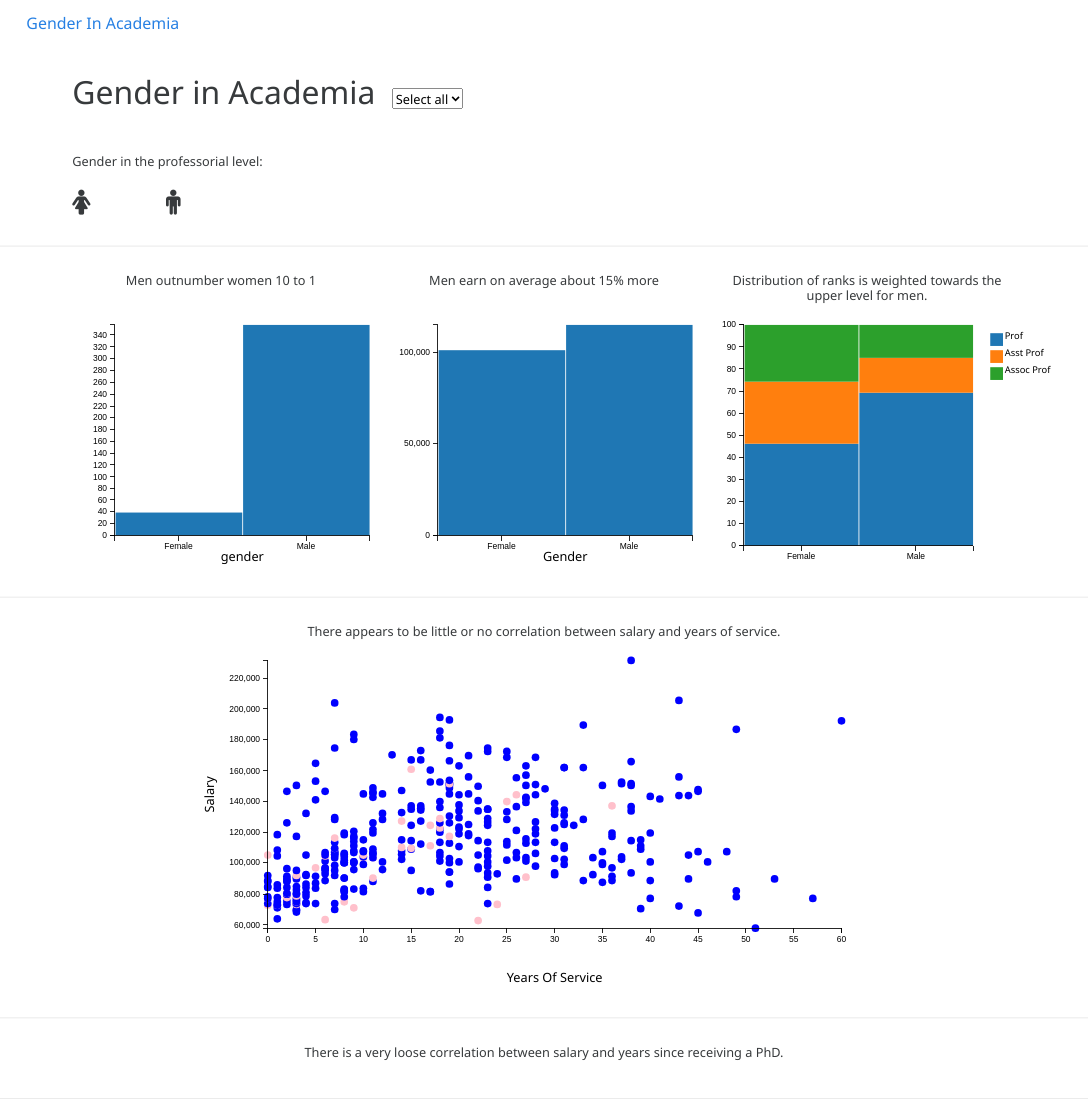
Repository: NeiloErnesto89/Crossfilter_JS_GenderInAcademiaGraphs
Page: index.html
The author's editor kept a record of every edit. The page is drawn from the files as they stood at one moment, then again after the next edit.
The browser window is 1280 px wide. The pictures show the whole page, at 85% of full size.

Above is the page before.

After the next edit:
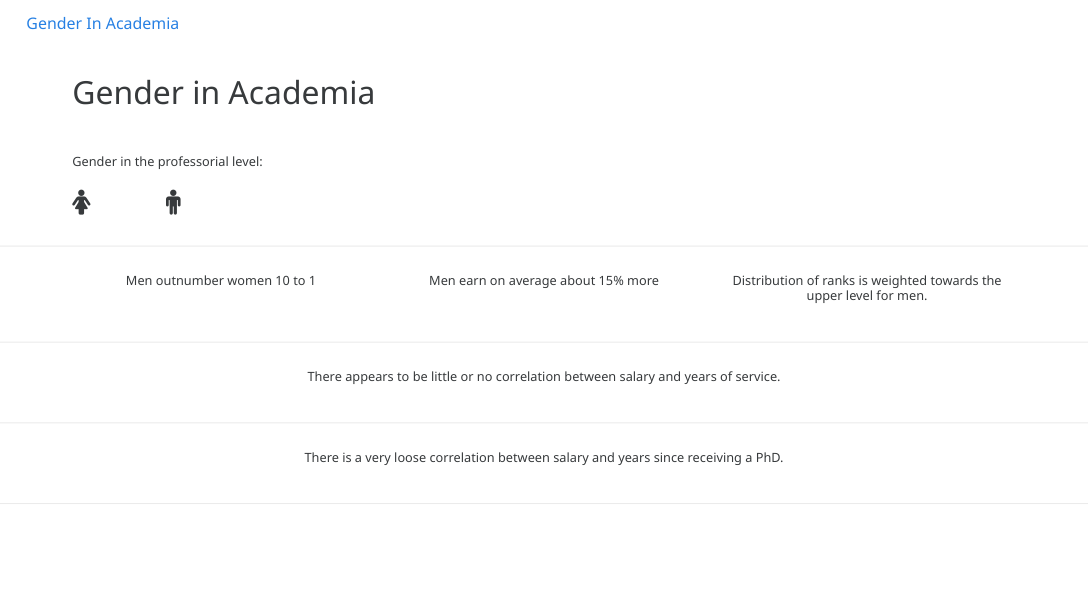
Console error: ReferenceError: show_phd_to_salary_correlation is not defined
The edit:
--- a/static/js/graph.js
+++ b/static/js/graph.js
@@ -20,6 +20,8 @@
     show_rank_distribution(ndx);
 
     show_service_to_salary_correlation(ndx);
+
+    show_phd_to_salary_correlation(ndx);
 
     dc.renderAll();
 

After the 2 edits that followed:
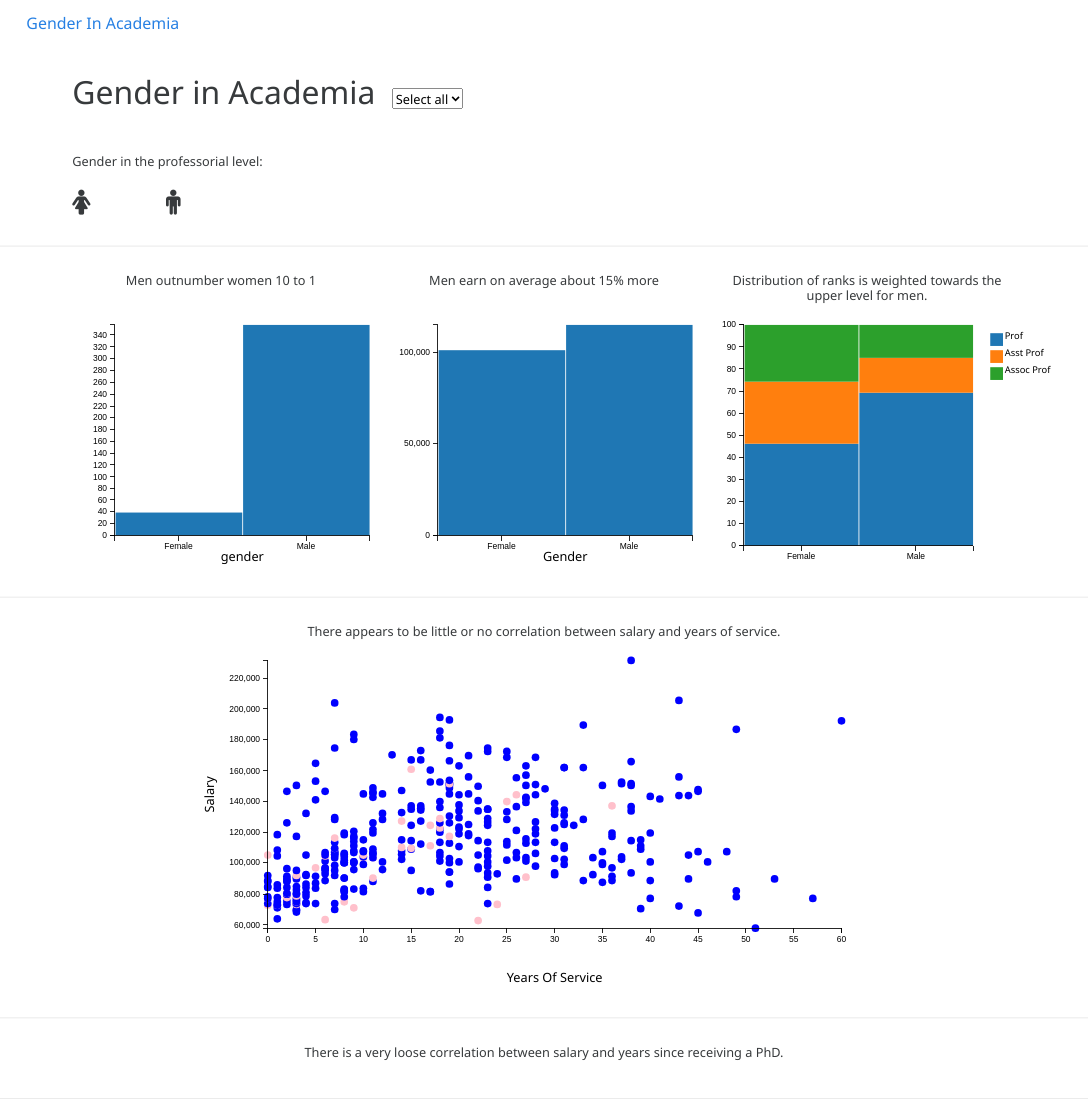
The error is gone.
The 2 edits are shown as one change because 1 left the picture as it was.
The edit:
--- a/static/js/graph.js
+++ b/static/js/graph.js
@@ -7,7 +7,9 @@
 
     salaryData.forEach(function(d) {
         d.salary = parseInt(d.salary);
-        d.yrs_service = parseInt(d["yrs.service"]); /* alreadt has . notation in file*/
+        d.yrs_since_phd = parseInt(d["yrs.since.phd"]);
+        d.yrs_service = parseInt(d["yrs.service"]);
+        /* already has '.' notation in file*/
     })
 
     show_discipline_selector(ndx);
@@ -251,3 +253,42 @@
         .group(experienceSalaryGroup)
         .margins({top: 10, right: 50, bottom: 75, left: 75});
 }
+
+
+
+function show_phd_to_salary_correlation(ndx) {
+
+    var genderColors = d3.scale.ordinal()
+        .domain(["Female", "Male"])
+        .range(["pink", "blue"]) // domain and range need to have same amounts as the correlate
+
+    var eDim = ndx.dimension(dc.pluck("yrs_service"));
+    var experienceDim = ndx.dimension(function(d) {
+        return [d.yrs_service, d.salary, d.rank, d.sex];
+    });
+    var experienceSalaryGroup = experienceDim.group();
+
+    var minExperience = eDim.bottom(1)[0].yrs_service;
+    var maxExperience = eDim.top(1)[0].yrs_service;
+
+    dc.scatterPlot("#service-salary")
+        .width(800)
+        .height(400)
+        .x(d3.scale.linear().domain([minExperience, maxExperience]))
+        .brushOn(false)
+        .symbolSize(8)
+        .clipPadding(10)
+        .yAxisLabel("Salary")
+        .xAxisLabel("Years Of Service")
+        .title(function(d) {
+            return d.key[2] + " earned " + d.key[1];
+        })
+        .colorAccessor(function(d) {
+            return d.key[3];
+        })
+        .colors(genderColors)
+        .dimension(experienceDim)
+        .group(experienceSalaryGroup)
+        .margins({top: 10, right: 50, bottom: 75, left: 75});
+
+}
